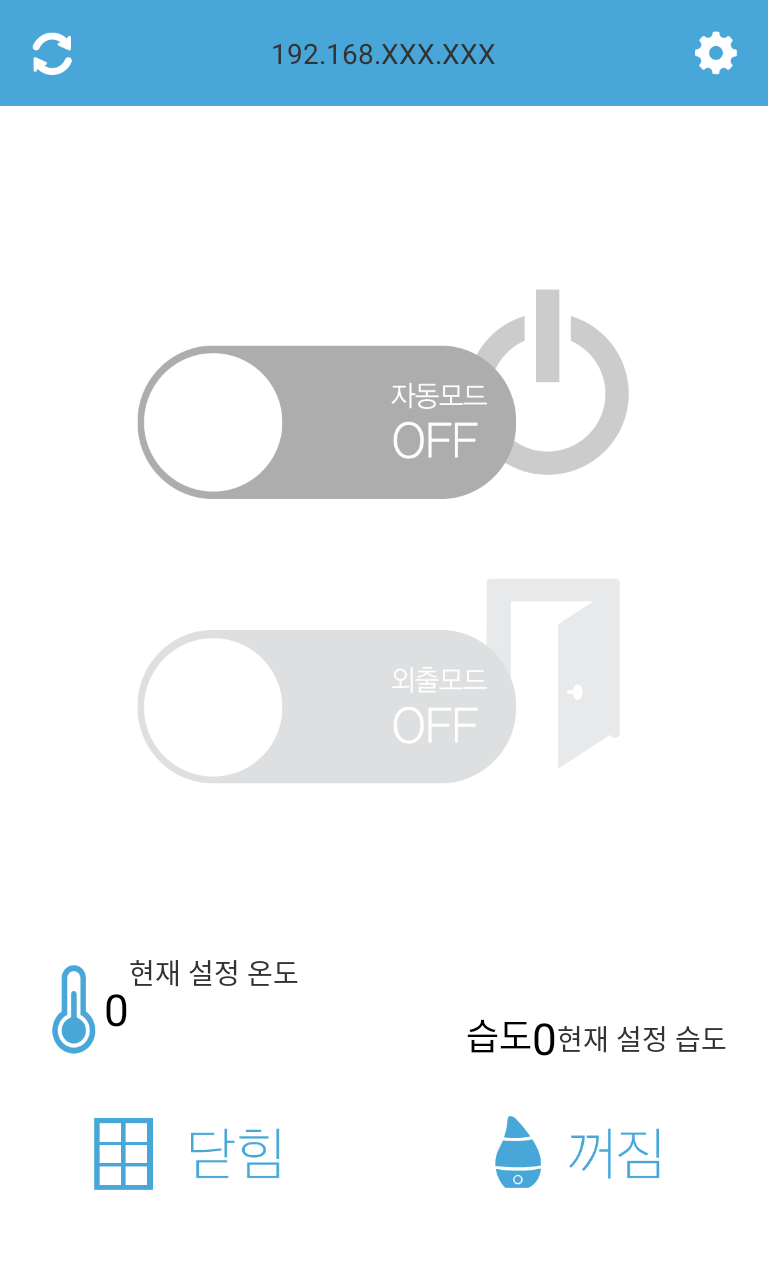
Repository: YeoeunJeong/SinNaYeo
Layout: sny_android/SinNaYeoAndroid/res/layout/activity_sin_na_yeo_main.xml
The author's editor kept a copy of each file at every save. The layout is drawn from the files as they stood at one save, then again after the next save.
It is drawn on a 768 x 1280 px phone screen (xhdpi) without system bars, with theme android:Theme.Holo.Light.NoActionBar; the app's code is not run.

Above is the layout before, as saved 2015-09-24 19:41:04.

After the next save:
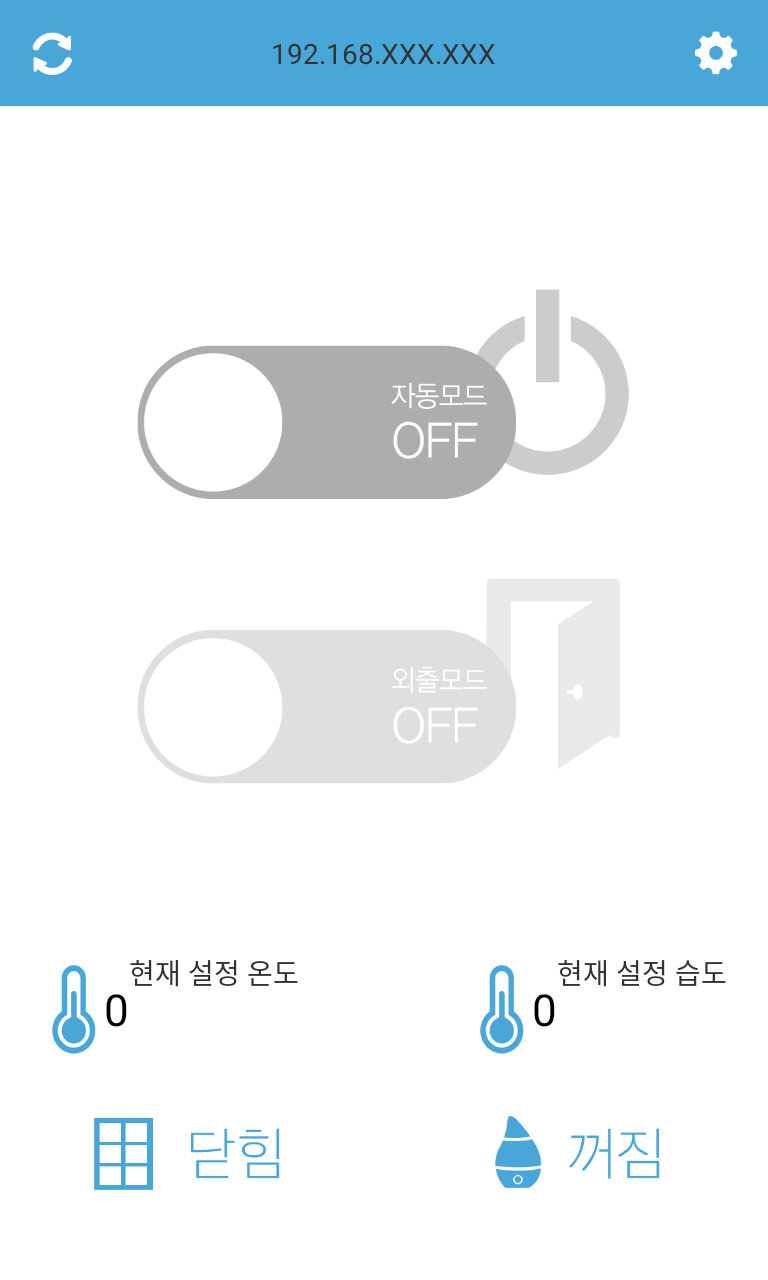
Saved 42 s later.
--- a/sny_android/SinNaYeoAndroid/res/layout/activity_sin_na_yeo_main.xml
+++ b/sny_android/SinNaYeoAndroid/res/layout/activity_sin_na_yeo_main.xml
@@ -140,11 +140,10 @@
             android:layout_marginRight="20.67dp"
             android:orientation="horizontal" >
 
-            <TextView
+            <ImageView
                 android:layout_width="wrap_content"
                 android:layout_height="wrap_content"
-                android:text="습도"
-                android:textAppearance="?android:attr/textAppearanceMedium" />
+                android:src="@drawable/img_temper" />
 
             <TextView
                 android:id="@+id/main_now_humid_tv"
